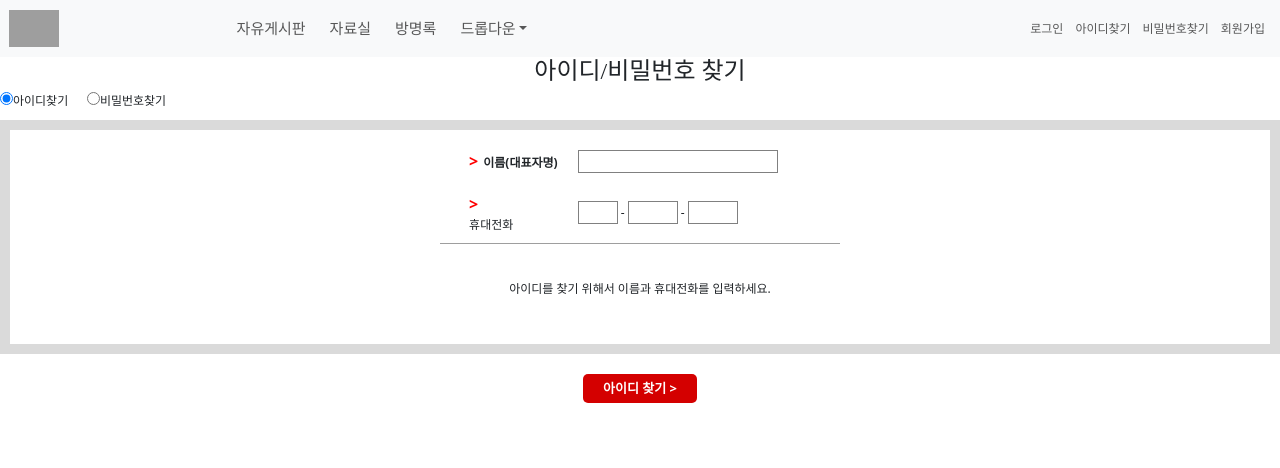
Repository: lim-eun-a/Project
Page: http://localhost/Project/06Session/IdForm.jsp
The author's editor kept a copy of each file at every save. The page is drawn from the files as they stood at one save, then again after the next save.
The browser window is 1280 px wide. The pictures show the whole page.
Pictures or frames that could not be fetched are drawn as grey boxes. Some web libraries are served in a nearby version. The page is served by Tomcat 10. Other server files are loaded and not shown.

Above is the page before, as saved 2024-01-11 01:47:52.

### Project/src/main/webapp/06Session/IdForm.jsp
<%@ page language="java" contentType="text/html; charset=UTF-8"
    pageEncoding="UTF-8"%>
<link href="https://cdn.jsdelivr.net/npm/bootstrap@5.3.2/dist/css/bootstrap.min.css" rel="stylesheet">
<script src="https://cdn.jsdelivr.net/npm/bootstrap@5.3.2/dist/js/bootstrap.bundle.min.js"></script>
<link rel="stylesheet" href="http://cdn.jsdelivr.net/npm/bootstrap-icons@1.7.2/font/bootstrap-icons.css">
<!DOCTYPE html>
<html>
<head>
<meta charset="UTF-8">
<title>Insert title here</title>

<style>
	*{padding: 0;font-size: 12px;}
	h2{font-size: 25px;font-family: 굴림;}
	#AllWrap{margin:0 auto; text-align:center;}
	#RadioBox{margin:0 0 10px 0;text-align:left;}
	#IdBox{border:10px solid rgb(218, 218, 218);padding: 10px;}
	#InputTable{border:0px solid red; border-spacing: 0; border-collapse: collapse;}
	#InputTable th{text-align:left; padding: 10px;}
	#InputTable td{text-align:left; padding: 10px;}
	#InputTable input{border:1px solid gray;height: 23px;padding:0 0 0 3px;}
	#InputTable select{border:1px solid gray;height: 25px;padding: 4px;}
	#btn{
	    background-color: rgb(212, 0, 0);color: white;padding: 5px 20px;border:0;
	    font-size: 13px;font-weight: bold;border-radius: 5px;
	}
	.bullet{color: red;font-weight: bold;margin-right: 5px;font-size: 16px;}
</style>


</head>
<body>
	<jsp:include page="../Common/Link.jsp"/>
	<div id="AllWrap">
		<h2>아이디/비밀번호 찾기</h2>
	<div id="RadioBox">
		<input type="radio" name="ID" value="" checked>아이디찾기
		&nbsp;&nbsp;&nbsp;&nbsp;
		<input type="radio" name="PW" value="">비밀번호찾기
	</div>
	<div id="IdBox">
	<table align="center" id="InputTable">
		<colgroup>
			<col width="30%" />
			<col width="70%" />
		</colgroup>
		<tr>
			<th><span class="bullet">&gt;</span><strong>이름(대표자명)</strong></th>
			<td>
				<input type="text" name="" style="width:200px;">
			</td>
		</tr>
		<tr>
			<th>
				<span class="bullet">&gt;</span>
				<option value="Phone" selected>휴대전화</option>
			</th>
			<td>
				<input type="text" name="" style="width:40px;"> -
				<input type="text" name="" style="width:50px;"> -
				<input type="text" name="" style="width:50px;">
			</td>
		</tr>
	</table>
	<div>
		<img src="./images/g_line.gif" width="400" height="1" border="0" />
		<br><br><br>
		아이디를 찾기 위해서 이름과 휴대전화를 입력하세요.
		<br><br><br>
	</div>
	</div>
	<div style="margin-top:20px;">
		<input type="button" value="아이디 찾기 &gt;" id="btn">
	</div>
	</div>
</body>
</html>

### Project/src/main/webapp/Common/Link.jsp
<%@ page language="java" contentType="text/html; charset=UTF-8"
    pageEncoding="UTF-8"%>
<link href="https://cdn.jsdelivr.net/npm/bootstrap@5.3.2/dist/css/bootstrap.min.css" rel="stylesheet">
<script src="https://cdn.jsdelivr.net/npm/bootstrap@5.3.2/dist/js/bootstrap.bundle.min.js"></script>
<link rel="stylesheet" href="http://cdn.jsdelivr.net/npm/bootstrap-icons@1.7.2/font/bootstrap-icons.css">
<!DOCTYPE html>
<html>
<head>
<meta charset="UTF-8">
<title>Insert title here</title>
</head>
<body>
	<nav class="navbar navbar-expand-sm bg-light navbar-light">
        <div class="container-fluid">
          <a class="navbar-brand" href="#">
            <img src="https://www.google.com/images/branding/googlelogo/1x/googlelogo_color_272x92dp.png" style="width:50px;">
          </a>

          <div class="collapse navbar-collapse justify-content-center" id="collapsibleNavbar">
            <ul class="navbar-nav">
              <li class="navbar-brand">
                <a class="nav-link" href="../09PagingBoard/List.jsp">자유게시판</a>
              </li>
              <li class="navbar-brand">
                <a class="nav-link" href="#">자료실</a>
              </li>
              <li class="navbar-brand">
                <a class="nav-link" href="#">방명록</a>
              </li>
              <li class="navbar-brand dropdown">
                <a class="nav-link dropdown-toggle" href="#" role="button" data-bs-toggle="dropdown">드롭다운</a>
                <ul class="dropdown-menu">
                  <li><a class="dropdown-item" href="#">SubMenu1</a></li>
                  <li><a class="dropdown-item" href="#">SubMenu2</a></li>
                  <li><a class="dropdown-item" href="#">SubMenu3</a></li>
                </ul>
              </li>
            </ul>
          </div>

          <div class="collapse navbar-collapse justify-content-end">
       		<ul class="navbar-nav text-xs text-gray-600">
         		<% if (session.getAttribute("UserId") == null) { %>
           		<li class="nav-item">
            		<a class="nav-link" href="../06Session/LoginForm.jsp">로그인</a>
      	   		</li>
      	   		<li class="nav-item">
           			<a class="nav-link" href="#">아이디찾기</a>
           		</li>
         		<li class="nav-item">
           			<a class="nav-link" href="#">비밀번호찾기</a>
         		</li>
         		<li class="nav-item">
           			<a class="nav-link" href="#">회원가입</a>
         		</li>
         		<% } else { %>
         		<li class="nav-item">
           			<a class="nav-link" href="../06Session/Logout.jsp">로그아웃</a>
           		</li>
           		<li class="nav-item">
           			<a class="nav-link" href="#">마이페이지</a>
         		</li>
         		<% } %>
       		</ul>
   		</div>
        </div>
    </nav>

</body>
</html>

After the next save:
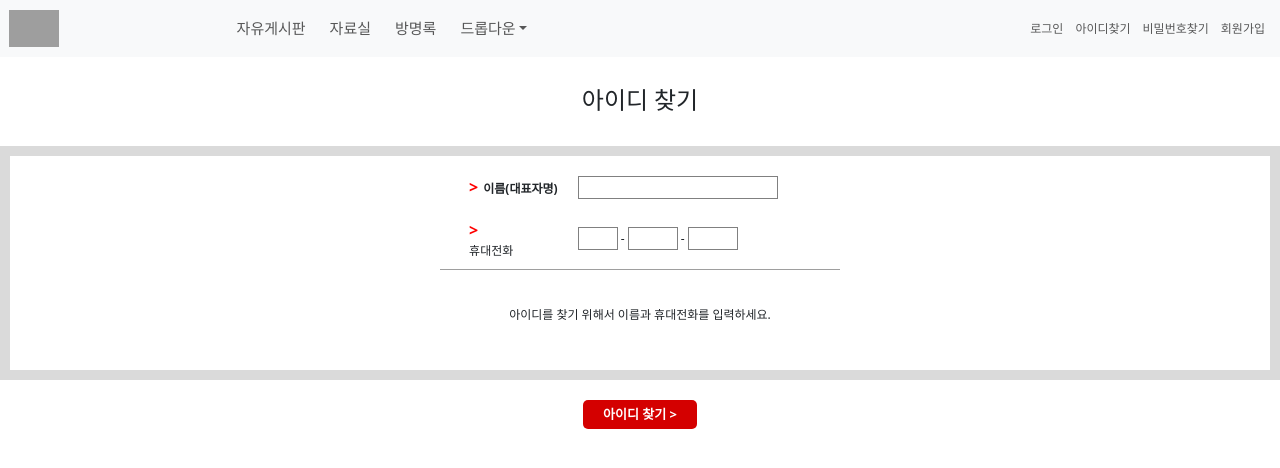
Saved 68 s later.
--- a/Project/src/main/webapp/06Session/IdForm.jsp
+++ b/Project/src/main/webapp/06Session/IdForm.jsp
@@ -31,13 +31,10 @@
 </head>
 <body>
 	<jsp:include page="../Common/Link.jsp"/>
+	<div style="margin-top:30px;"></div>
 	<div id="AllWrap">
-		<h2>아이디/비밀번호 찾기</h2>
-	<div id="RadioBox">
-		<input type="radio" name="ID" value="" checked>아이디찾기
-		&nbsp;&nbsp;&nbsp;&nbsp;
-		<input type="radio" name="PW" value="">비밀번호찾기
-	</div>
+		<h2>아이디 찾기</h2>
+		<div style="margin-top:30px;"></div>
 	<div id="IdBox">
 	<table align="center" id="InputTable">
 		<colgroup>
